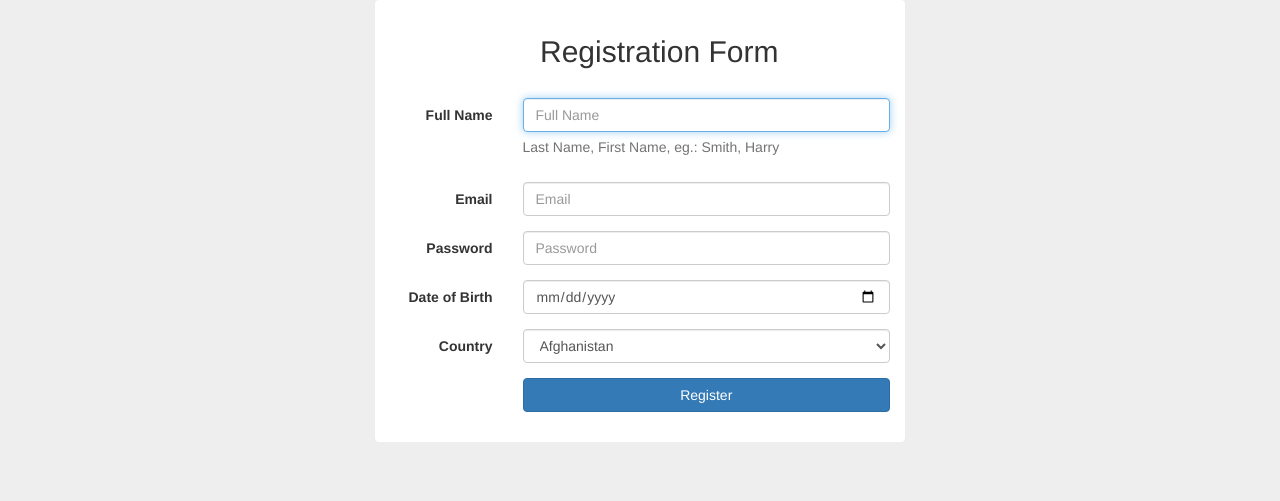
Repository: MeghaNagari/PracticeAtVMC
Page: Practice/VuePractice/WebContent/LoginDisplay.html
These files come from the project's save history. The page is drawn as it stood at one moment and after the next save; the edit follows.
The browser window is 1280 px wide. The pictures show the whole page.
Some web libraries are served in a nearby version.

Above is the page before, as saved 2018-03-20 18:46:11.
Console error (its wording comes from the project's code and is left out).

### Practice/VuePractice/WebContent/LoginDisplay.html
<link href="//netdna.bootstrapcdn.com/bootstrap/3.2.0/css/bootstrap.min.css" rel="stylesheet" id="bootstrap-css">
<script src="//netdna.bootstrapcdn.com/bootstrap/3.2.0/js/bootstrap.min.js"></script>
<script src="//code.jquery.com/jquery-1.11.1.min.js"></script>
<link rel="stylesheet" href="css/LoginStyle.css">
<script src="https://cdn.jsdelivr.net/npm/vue/dist/vue.js"></script>
<!------ Include the above in your HEAD tag ---------->

<div class="container">
           <div id="parentForm"> <form v-on:submit.prevent="submitForm"  class="form-horizontal" role="form">
                <h2>Registration Form</h2>
                <div class="form-group">
                    <label for="firstName" class="col-sm-3 control-label">Full Name</label>
                    <div class="col-sm-9">
                        <input type="text" v-model="user.firstName" placeholder="Full Name" class="form-control" autofocus>
                        <span class="help-block">Last Name, First Name, eg.: Smith, Harry</span>
                    </div>
                </div>
                <div class="form-group">
                    <label for="email" class="col-sm-3 control-label">Email</label>
                    <div class="col-sm-9">
                        <input type="email" v-model="user.email" placeholder="Email" class="form-control">
                    </div>
                </div>
                <div class="form-group">
                    <label for="password" class="col-sm-3 control-label">Password</label>
                    <div class="col-sm-9">
                        <input type="password" v-model="user.password" placeholder="Password" class="form-control">
                    </div>
                </div>
                <div class="form-group">
                    <label for="birthDate" class="col-sm-3 control-label">Date of Birth</label>
                    <div class="col-sm-9">
                        <input type="date" v-model="user.birthDate" class="form-control">
                    </div>
                </div>
                <div class="form-group">
                    <label for="country" class="col-sm-3 control-label">Country</label>
                    <div class="col-sm-9">
                        <select id="country" class="form-control">
                            <option>Afghanistan</option>
                            <option>Bahamas</option>
                            <option>Cambodia</option>
                            <option>Denmark</option>
                            <option>Ecuador</option>
                            <option>Fiji</option>
                            <option>Gabon</option>
                            <option>Haiti</option>
                        </select>
                    </div>
                </div> <!-- /.form-group -->


             <div class="form-group">
                    <div class="col-sm-9 col-sm-offset-3">
                        <button type="submit" class="btn btn-primary btn-block">Register</button>
                    </div>
                </div>


               <my-component v-bind:users="user"></my-component>



            </form> <!-- /form -->


            </div>



        </div> <!-- ./container -->

        <script>
       var Child= Vue.component('my-component', {
    	   props:['users'],

        	  template: '<span>{{ users.firstName}}</span>',

        	})
        var r=new Vue({
        	el:"#parentForm",
        	data:{
        		user:{
        		firstName:"",
        		email:"",
        		password:"",
        		birthDate:""
        		}
        	},
        	methods:{
        		submitForm:function(event){
        			alert("form submitted")
        		}

        	},
        	components: {
        	    // <my-component> will only be available in parent's template
        	    'my-component': Child
        	  }
        	})






        </script>

### Practice/VuePractice/WebContent/css/LoginStyle.css
body {
    background-color: #eee;
}

*[role="form"] {
    max-width: 530px;
    padding: 15px;
    margin: 0 auto;
    background-color: #fff;
    border-radius: 0.3em;
}

*[role="form"] h2 {
    margin-left: 5em;
    margin-bottom: 1em;
}

After the next save:
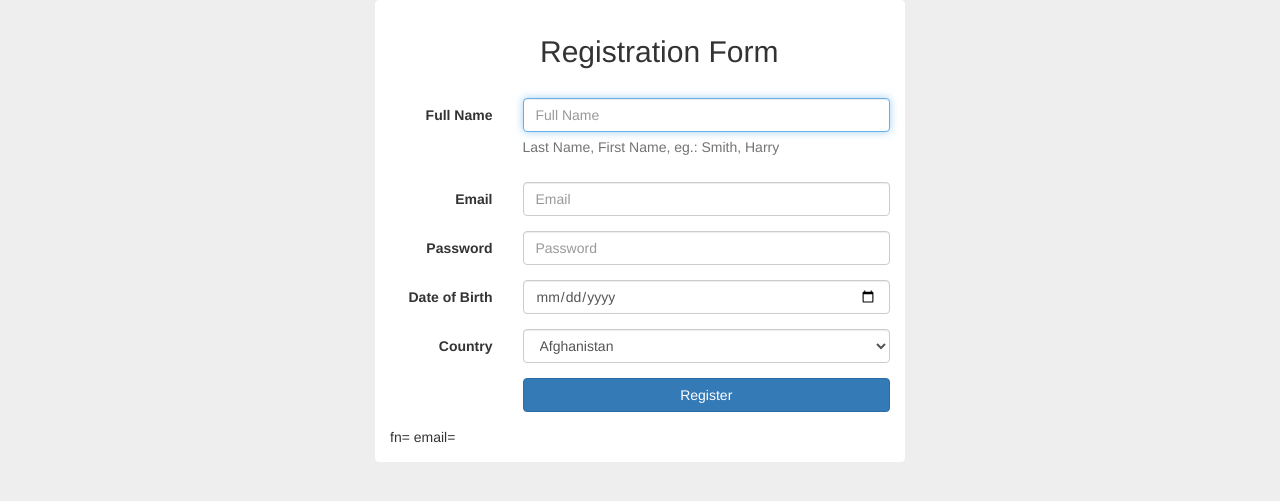
Saved 86 s later.
--- a/Practice/VuePractice/WebContent/LoginDisplay.html
+++ b/Practice/VuePractice/WebContent/LoginDisplay.html
@@ -74,7 +74,7 @@
        var Child= Vue.component('my-component', {
     	   props:['users'],
 
-        	  template: '<span>{{ users.firstName}}</span>',
+        	  template: '<div><span>fn={{ users.firstName}} email={{users.email}}</span></div>',
 
         	})
         var r=new Vue({

After the save that followed:
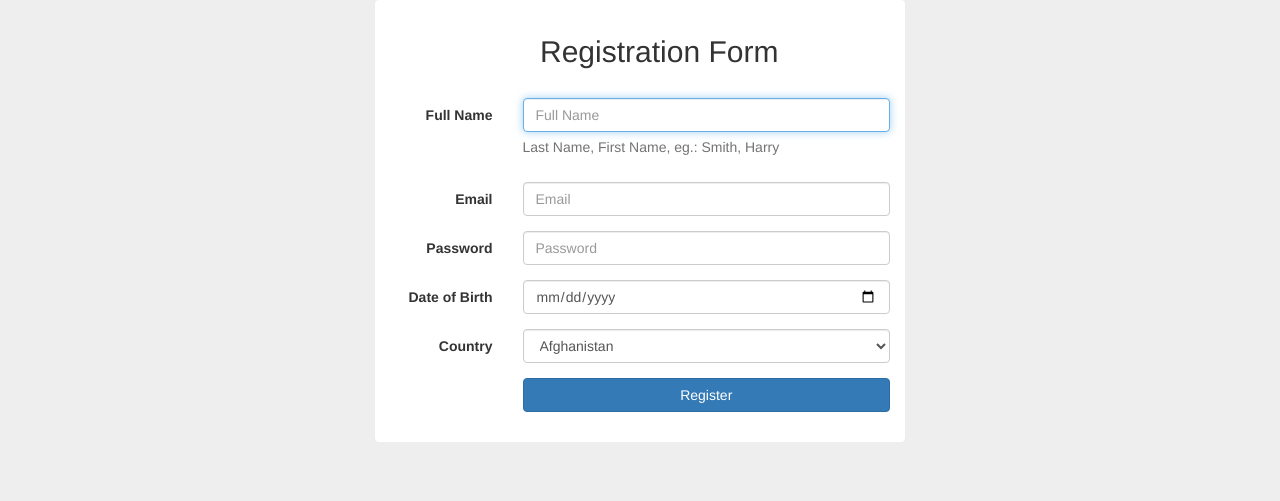
Saved 12 min 15 s later.
--- a/Practice/VuePractice/WebContent/LoginDisplay.html
+++ b/Practice/VuePractice/WebContent/LoginDisplay.html
@@ -6,7 +6,7 @@
 <!------ Include the above in your HEAD tag ---------->
 
 <div class="container">
-           <div id="parentForm"> <form v-on:submit.prevent="submitForm"  class="form-horizontal" role="form">
+           <div id="parentForm"> <form v-on:submit.prevent="currentView=manage-posts"  class="form-horizontal" role="form">
                 <h2>Registration Form</h2>
                 <div class="form-group">
                     <label for="firstName" class="col-sm-3 control-label">Full Name</label>
@@ -71,6 +71,18 @@
         </div> <!-- ./container -->
 
         <script>
+
+        export default {
+  data() {
+    return {
+      user: {
+        email: '',
+        firstName: '',
+        password: ''
+      }
+    }
+  },
+
        var Child= Vue.component('my-component', {
     	   props:['users'],
 
